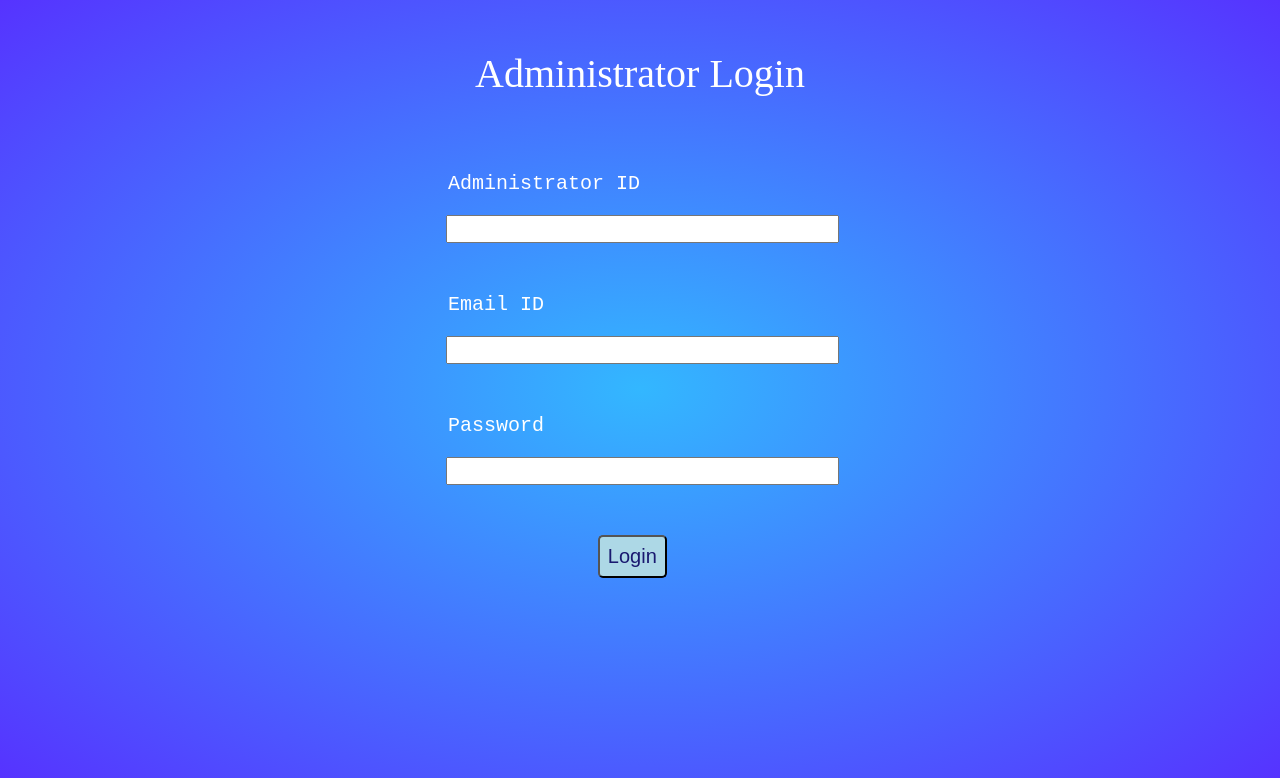
Repository: ShreyasG27/Amdocs-Training
Page: http://localhost/e-learning-frontend/loginadmin.jsp
These files come from the project's save history. The page is drawn as it stood at one moment and after the next save; the edit follows.
The browser window is 1280 px wide. The pictures show the whole page.
The page is served by Tomcat 9. Other server files are loaded and not shown.

Above is the page before, as saved 2021-08-22 16:30:27.

### e-learning-frontend/src/main/webapp/loginadmin.jsp
<%@ page language="java" contentType="text/html; charset=ISO-8859-1"
    pageEncoding="ISO-8859-1"%>
<!DOCTYPE html PUBLIC "-//W3C//DTD HTML 4.01 Transitional//EN" "http://www.w3.org/TR/html4/loose.dtd">
<html>
<head>
<meta http-equiv="Content-Type" content="text/html; charset=ISO-8859-1">
<title>Administrator Login</title>
<style>
body{
	background-image: radial-gradient(#33B7FF,#5633ff);
	color: white;
	height: 100vh;
}
.heading{
font-size:40px;
margin-top: 50px;
}
.submitbutton{
	margin-left:465px;
	padding:8px;
	font-size:20px;
	color: midnightblue;
	background-color:lightblue;
	border-radius:5px;
	margin-top: 20px;
}
.submitbutton:hover{
	margin-left:465px;
	padding:8px;
	font-size:20px;
	color: midnightblue;
	background-color:cyan;
	border-radius:5px;
	margin-top: 20px;
}
.inputfld{
	margin-left: 430px;
	padding: 5px;
	broder-radius:10px;
	font-size:12px;
	width:30%;
}
.inputfld1{
	margin-left: 438px;
	padding: 5px;
	broder-radius:10px;
	font-size:12px;
	width:30%;
}
.inputfld2{
	margin-left: 438px;
	padding: 5px;
	broder-radius:10px;
	font-size:12px;
	width:30%;
}
.txtfld{
	font-size:20px;
	margin-left:440px;
}
</style>
</head>
<body>
<center><p class="heading">Administrator Login</p></center>

<form action="admin" method="POST">
    <pre>
    <p class="txtfld">Administrator ID</p> <input class="inputfld" type="number" name="adminid"><br>
    <p class="txtfld">Email ID</p><input class="inputfld1" type="email" name="email"><br>
    <p class="txtfld">Password</p><input class="inputfld2" type="password" name="password"><br>

                <input class="submitbutton" type="submit" value="Login" href="afterloginadm"><br>
    </pre>
</form>
</body>

</html>

After the next save:
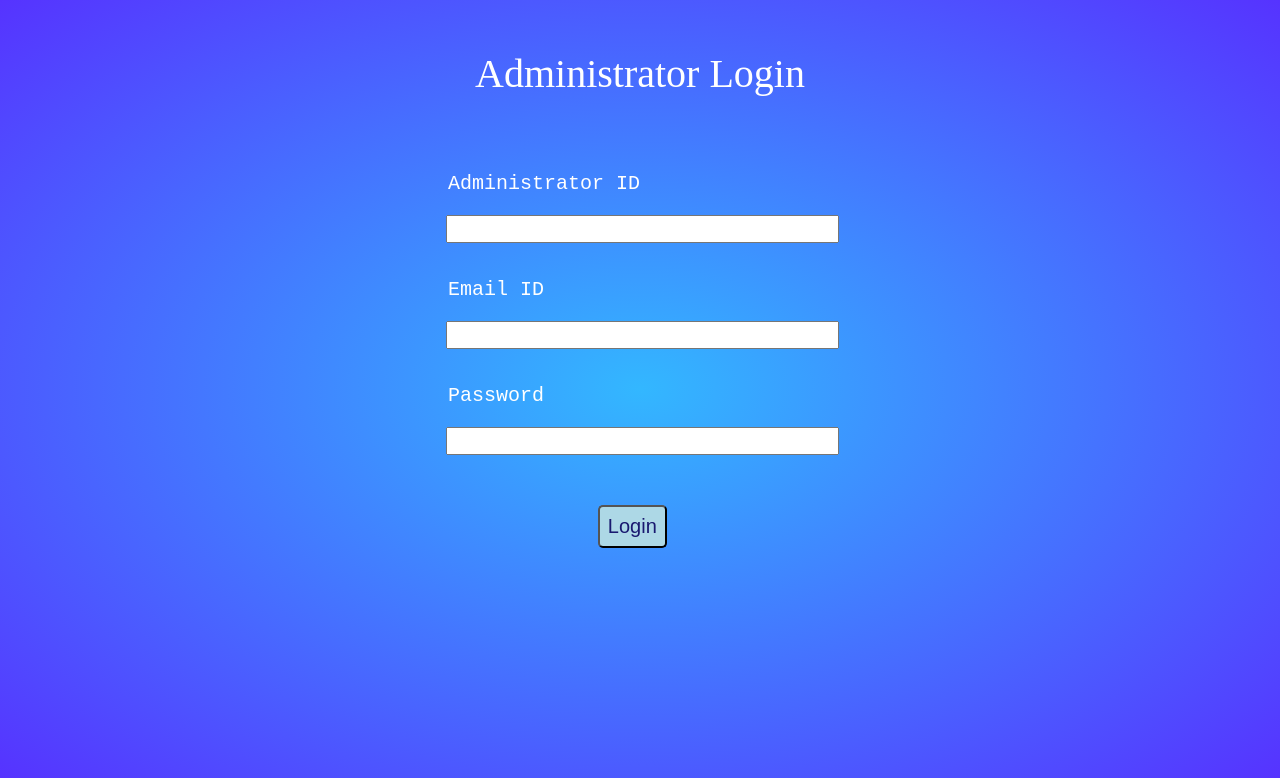
Saved 13 s later.
--- a/e-learning-frontend/src/main/webapp/loginadmin.jsp
+++ b/e-learning-frontend/src/main/webapp/loginadmin.jsp
@@ -65,8 +65,8 @@ margin-top: 50px;
 
 <form action="admin" method="POST">
     <pre>
-    <p class="txtfld">Administrator ID</p> <input class="inputfld" type="number" name="adminid"><br>
-    <p class="txtfld">Email ID</p><input class="inputfld1" type="email" name="email"><br>
+    <p class="txtfld">Administrator ID</p> <input class="inputfld" type="number" name="adminid">
+    <p class="txtfld">Email ID</p><input class="inputfld1" type="email" name="email">
     <p class="txtfld">Password</p><input class="inputfld2" type="password" name="password"><br>
 
                 <input class="submitbutton" type="submit" value="Login" href="afterloginadm"><br>
